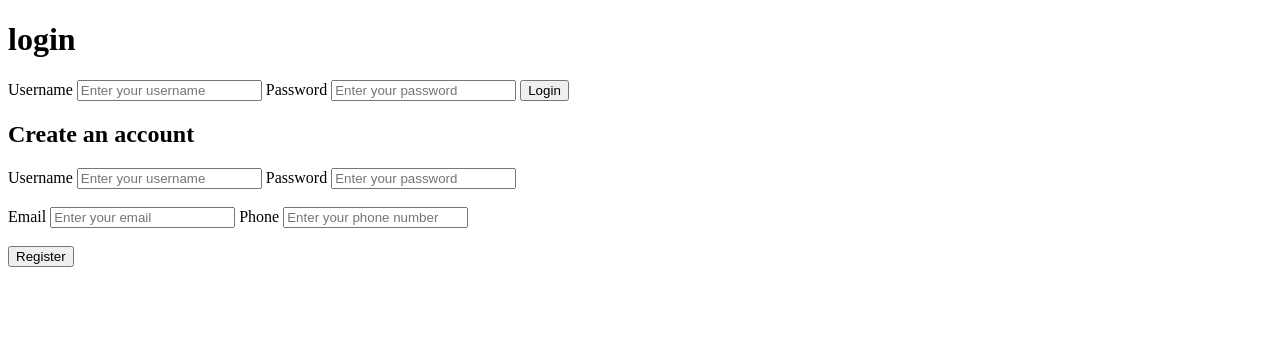
Repository: bao2222/hoc-lam-web
Page: welcome.html
The author's editor kept a copy of each file at every save. The page is drawn from the files as they stood at one save, then again after the next save.
The browser window is 1280 px wide. The pictures show the whole page.

Above is the page before, as saved 2024-12-30 08:54:35.

After the next save:
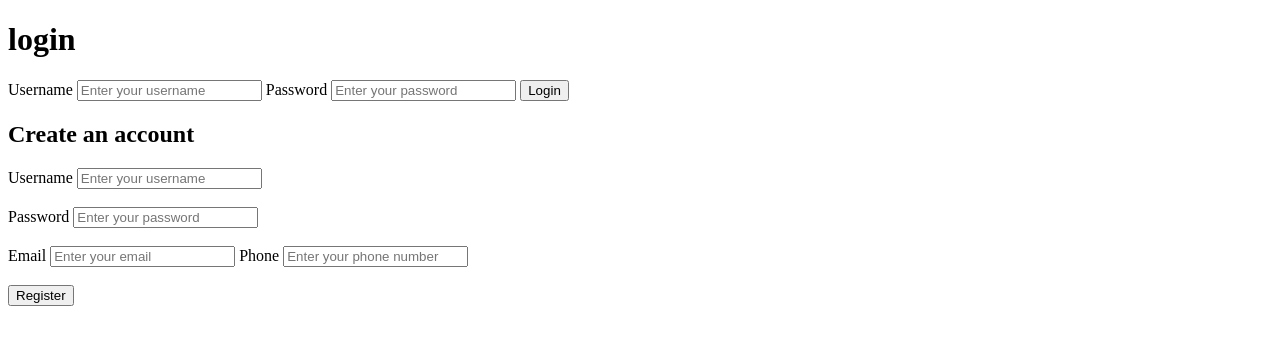
Saved 29 s later.
--- a/welcome.html
+++ b/welcome.html
@@ -35,7 +35,7 @@
                     <form action="project.js" method="POST" >
 
                         <label for="register_username">Username</label>
-                        <input type="text" id="register_username" placeholder="Enter your username" name="register_username" required>
+                        <input type="text" id="register_username" placeholder="Enter your username" name="register_username" required><br><br>
 
                         <label for="register_password">Password</label>
                         <input type="password" id="register_password" placeholder="Enter your password" name="password" required><br><br>
